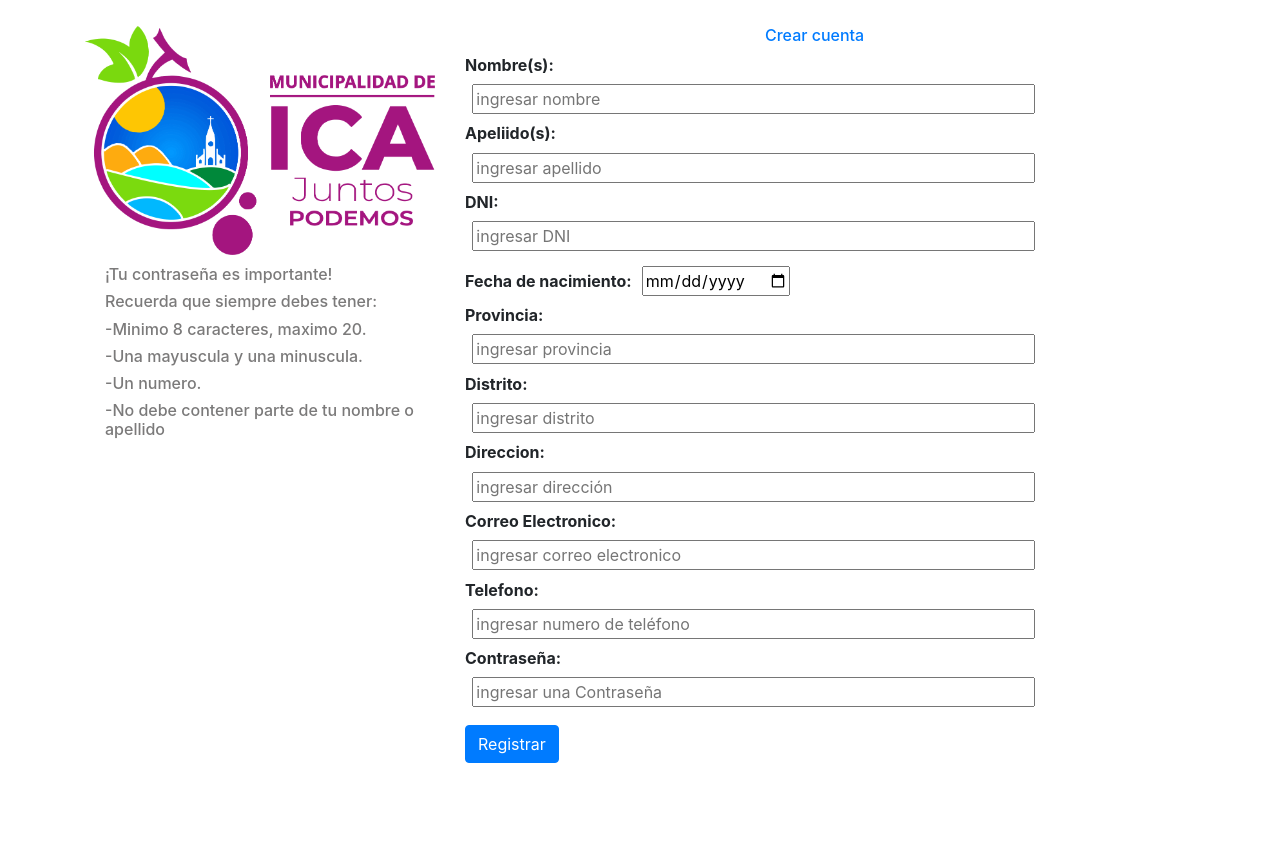
Repository: Diegocorreaq/denuncias_MUNIICA
Page: http://localhost/Municipalidad_Provincial_de_ICA-Navegable/crearCuenta.jsp
An editor plug-in stored every save of this project. The page is shown before and after the next save, followed by the edit.
The browser window is 1280 px wide. The pictures show the whole page.
The page is served by Tomcat 9. The template is opened directly, without the code that normally fills it, so the values that code supplies are empty.

Above is the page before, as saved 2021-10-05 10:07:45.

After the next save:
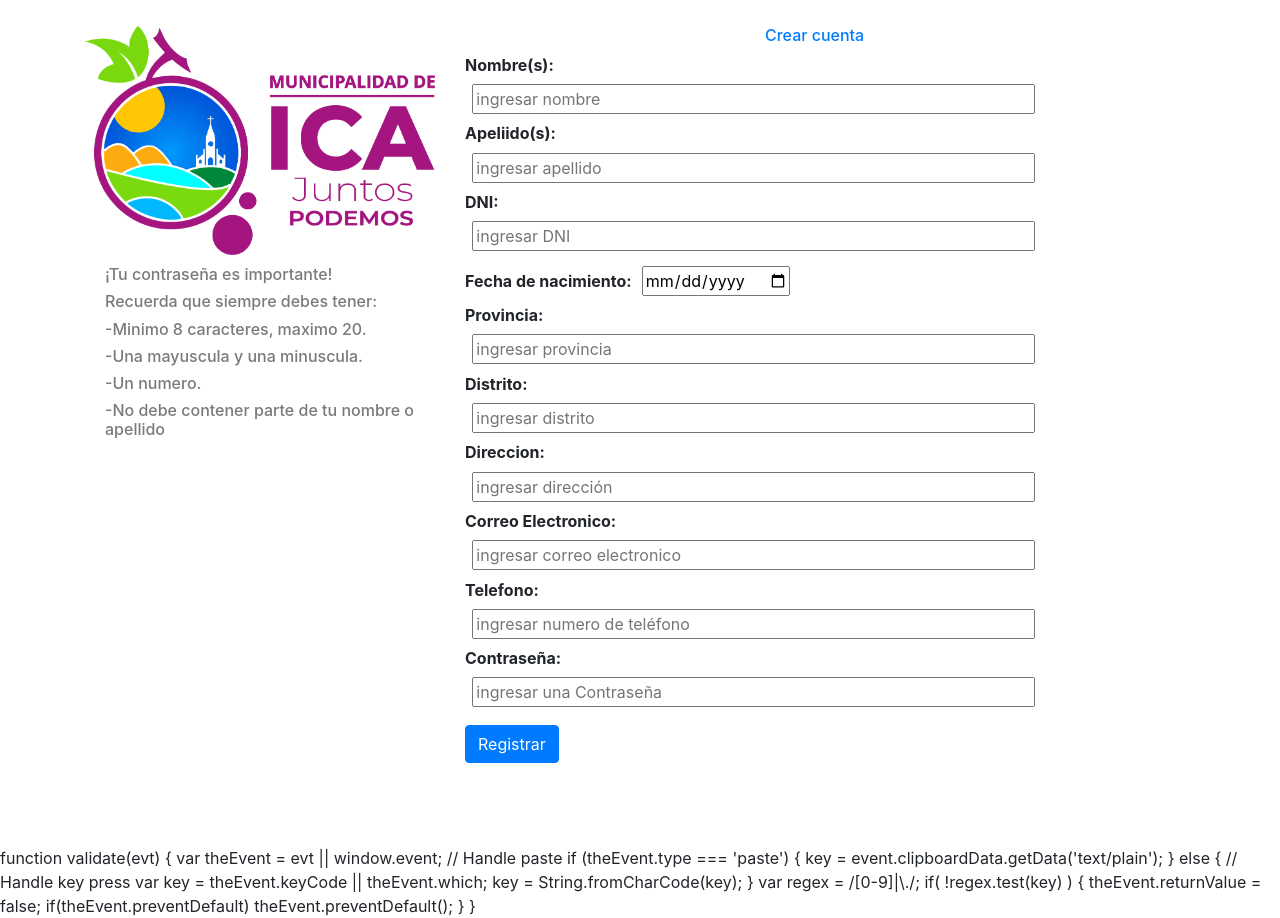
Saved 23 s later.
--- a/Municipalidad_Provincial de ICA-Navegable/WebContent/crearCuenta.jsp
+++ b/Municipalidad_Provincial de ICA-Navegable/WebContent/crearCuenta.jsp
@@ -43,7 +43,7 @@
 						<input type="text" size="50" placeholder="ingresar apellido" required="required" pattern="{1,30}" name="apellido" style="margin:1%">
 						<br>
 						<span style="font-weight: bold; margin-right: 122px">DNI: </span>
-						<input type="text" size="50" placeholder="ingresar DNI" required="required" pattern="{1,8}" name="DNI" style="margin:1%">
+						<input type="text" size="50" placeholder="ingresar DNI" required="required" onkeypress='validate(event)' pattern="{1,8}" name="DNI" style="margin:1%">
 						<br>
 						<span style="font-weight: bold; margin-right: -1px">Fecha de nacimiento: </span>
 						<input type="date" size="50" placeholder="YYYY/MM/DD" required="required" pattern="{1,10}" name="fecnacimiento" style="margin: 1%">
@@ -84,7 +84,23 @@
     <script src="https://cdn.jsdelivr.net/npm/bootstrap@4.6.0/dist/js/bootstrap.bundle.min.js" integrity="sha384-Piv4xVNRyMGpqkS2by6br4gNJ7DXjqk09RmUpJ8jgGtD7zP9yug3goQfGII0yAns" crossorigin="anonymous"></script>
 
 </body>
+function validate(evt) {
+	  var theEvent = evt || window.event;
 
+	  // Handle paste
+	  if (theEvent.type === 'paste') {
+	      key = event.clipboardData.getData('text/plain');
+	  } else {
+	  // Handle key press
+	      var key = theEvent.keyCode || theEvent.which;
+	      key = String.fromCharCode(key);
+	  }
+	  var regex = /[0-9]|\./;
+	  if( !regex.test(key) ) {
+	    theEvent.returnValue = false;
+	    if(theEvent.preventDefault) theEvent.preventDefault();
+	  }
+	}
 
 
 

After the save that followed:
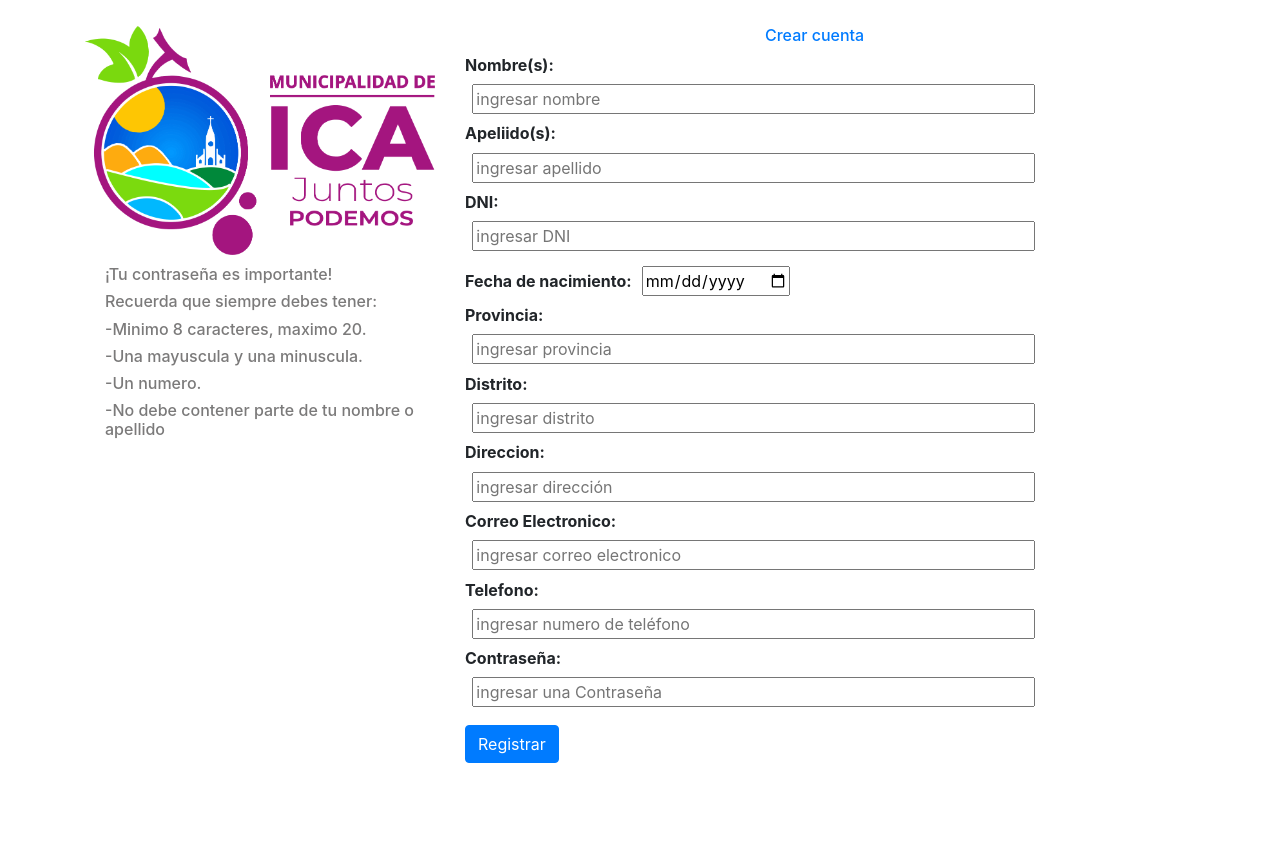
Saved 27 s later.
--- a/Municipalidad_Provincial de ICA-Navegable/WebContent/crearCuenta.jsp
+++ b/Municipalidad_Provincial de ICA-Navegable/WebContent/crearCuenta.jsp
@@ -84,6 +84,10 @@
     <script src="https://cdn.jsdelivr.net/npm/bootstrap@4.6.0/dist/js/bootstrap.bundle.min.js" integrity="sha384-Piv4xVNRyMGpqkS2by6br4gNJ7DXjqk09RmUpJ8jgGtD7zP9yug3goQfGII0yAns" crossorigin="anonymous"></script>
 
 </body>
+
+</html>
+<script type="text/javascript">
+
 function validate(evt) {
 	  var theEvent = evt || window.event;
 
@@ -101,7 +105,4 @@
 	    if(theEvent.preventDefault) theEvent.preventDefault();
 	  }
 	}
-
-
-
-</html>
+</script>
